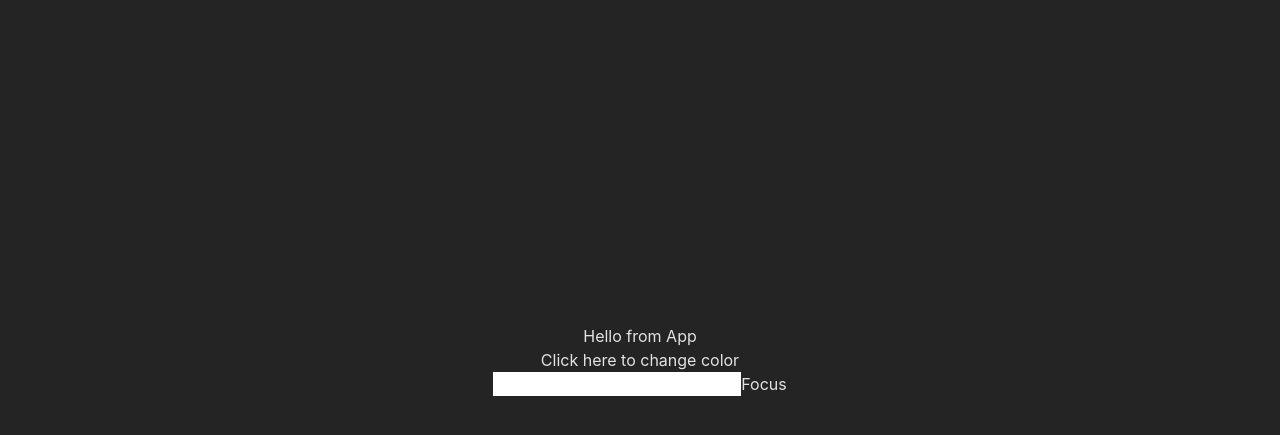
Repository: s-babaeizadeh/react-hooks-typescript
Page: / (app in useRefComp/)
The author's editor kept a copy of each file at every save. The page is drawn from the files as they stood at one save, then again after the next save.
The browser window is 1280 px wide. The pictures show the whole page.
The project was rebuilt for these pictures with package versions that can differ from the ones it lists, and the page was loaded fresh each time. Also part of the build but not shown: useRefComp/vite.config.ts.

Above is the page before, as saved 2024-11-26 16:13:29.

After the next save:
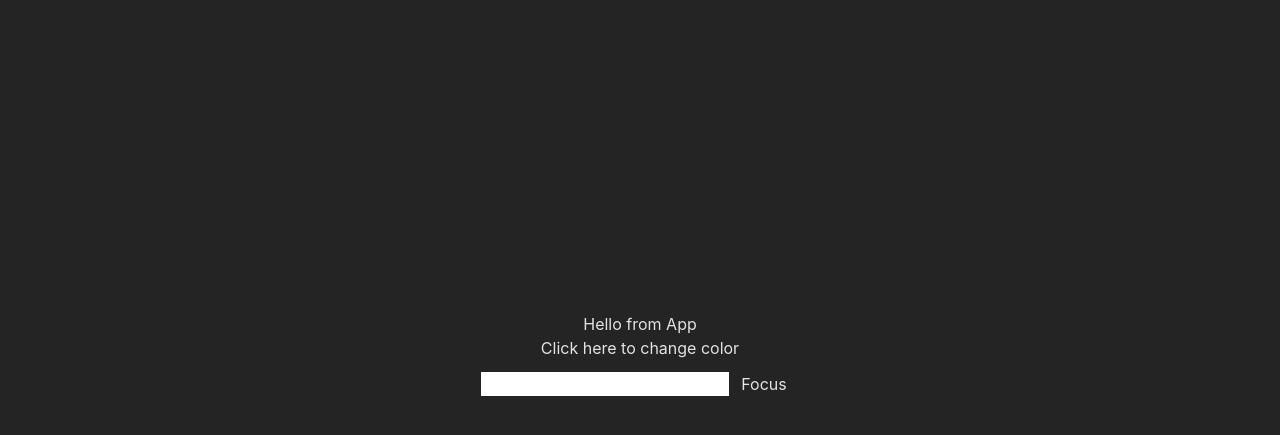
Saved 2 days later.
--- a/useRefComp/src/App.tsx
+++ b/useRefComp/src/App.tsx
@@ -35,7 +35,9 @@ const App = () => {
       <h1 ref={changeColorRef}>Hello from App</h1>
       <h2 onClick={handleClick}>Click here to change color</h2>
       <input type="text" onChange={handleChange} ref={inputRef} />
-      <button onClick={focusInput}>Focus</button>
+      <button onClick={focusInput} className="p-3">
+        Focus
+      </button>
       <h2>{text}</h2>
     </div>
   );
